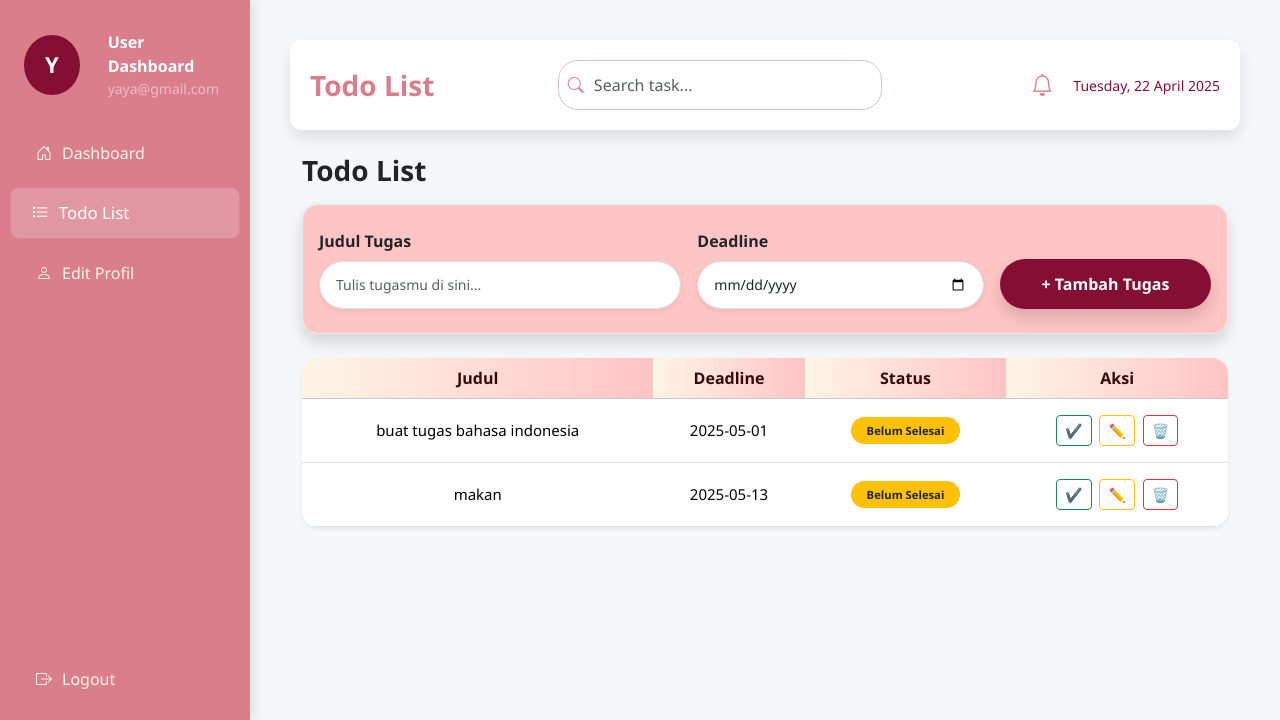
Repository: zhr-nabila/FloTime
Page: http://localhost/todo.php
An editor plug-in stored every save of this project. The page is shown before and after the next save, followed by the edit.
The browser window is 1280 px wide. The pictures show the whole page.
The page is run by PHP 8.4 with error messages shown; the project is at /var/www/html/. The session is filled in as if someone had signed in: {"email": "yaya@gmail.com", "status": "login", "user_id": 2}. Other server files are loaded and not shown. The database holds what the project's SQL file puts in it.

Above is the page before, as saved 2025-04-23 12:30:21.

### todo.php
<?php
session_start();
require 'koneksi.php';

if (!isset($_SESSION['status']) || $_SESSION['status'] != "login") {
    header("Location: login.php");
    exit();
}

$user_id = $_SESSION['user_id'];
$email = $_SESSION['email'];
$search = $_GET['search'] ?? '';

// Tambah task
if (isset($_POST['add_task'])) {
    $title = $_POST['title'];
    $deadline = $_POST['deadline'];
    $created_at = date('Y-m-d H:i:s');

    $stmt = $conn->prepare("INSERT INTO todos (user_id, title, status, deadline, created_at) VALUES (?, ?, 'pending', ?, ?)");
    $stmt->bind_param("isss", $user_id, $title, $deadline, $created_at);
    $stmt->execute();
    $stmt->close();

    header("Location: todo.php");
    exit();
}

// Centang task
if (isset($_GET['done'])) {
    $task_id = $_GET['done'];
    $conn->query("UPDATE todos SET status='completed' WHERE id=$task_id AND user_id=$user_id");
    header("Location: todo.php");
    exit();
}

// Hapus task
if (isset($_GET['delete'])) {
    $task_id = $_GET['delete'];
    $conn->query("DELETE FROM todos WHERE id=$task_id AND user_id=$user_id");
    header("Location: todo.php");
    exit();
}

// Ambil data tugas
$searchSql = !empty($search) ? "AND title LIKE '%$search%'" : "";
$sql = "SELECT * FROM todos WHERE user_id = $user_id $searchSql ORDER BY deadline ASC";
$result = $conn->query($sql);

if (!$result) {
    die("Query gagal: " . $conn->error);
}
?>

<!DOCTYPE html>
<html lang="en">

<head>
    <meta charset="UTF-8">
    <title>Todo List</title>
    <link href="https://cdn.jsdelivr.net/npm/bootstrap@5.3.3/dist/css/bootstrap.min.css" rel="stylesheet">
    <link href="https://cdn.jsdelivr.net/npm/bootstrap-icons@1.10.5/font/bootstrap-icons.css" rel="stylesheet">
    <link rel="stylesheet" href="css/style.css">
</head>

<body>

    <div class="sidebar d-flex flex-column">
        <div class="px-4 d-flex align-items-center mb-4">
            <div class="user-avatar"><?= strtoupper(substr($email, 0, 1)) ?></div>
            <div class="ms-2">
                <div class="fw-semibold">User Dashboard</div>
                <div class="small text-white-50"><?= htmlspecialchars($email) ?></div>
            </div>
        </div>
        <nav class="nav flex-column px-3">
            <a class="nav-link" href="dashboard.php"><i class="bi bi-house-door"></i> Dashboard</a>
            <a class="nav-link active" href="todo.php"><i class="bi bi-list-task"></i> Todo List</a>
            <a class="nav-link" href="profile.php"><i class="bi bi-person"></i> Edit Profil</a>
            <a class="nav-link logout" href="logout.php"><i class="bi bi-box-arrow-right"></i> Logout</a>
        </nav>
    </div>

    <div class="main-content">
        <div class="header">
            <div class="title">Todo List</div>
            <div class="search-bar">
                <form method="GET" action="todo.php" class="d-flex">
                    <input type="text" name="search" class="form-control" placeholder="Search task..." value="<?= htmlspecialchars($search) ?>">
                    <button type="submit" class="btn"><i class="bi bi-search"></i></button>
                </form>
            </div>
            <div class="notifications">
                <i class="bi bi-bell"></i>
                <div class="date"><?= date('l, d F Y') ?></div>
            </div>
        </div>

        <div class="container mt-4">
            <h3 class="mb-3 fw-bold">Todo List</h3>
            <form method="POST" class="mb-4 px-3 py-4 rounded-4 shadow border border-light-subtle premium-form">
                <div class="row align-items-end g-3">
                    <div class="col-md-5">
                        <label class="form-label fw-semibold">Judul Tugas</label>
                        <input type="text" name="title" class="form-control form-control-sm rounded-5 shadow-sm" placeholder="Tulis tugasmu di sini..." required>
                    </div>
                    <div class="col-md-4">
                        <label class="form-label fw-semibold">Deadline</label>
                        <input type="date" name="deadline" class="form-control form-control-sm rounded-5 shadow-sm" required>
                    </div>
                    <div class="col-md-3 d-grid">
                        <button type="submit" name="add_task" class="btn btn-gradient shadow fw-semibold rounded-5">+ Tambah Tugas</button>
                    </div>
                </div>
            </form>


            <?php if ($result->num_rows > 0): ?>
                <div class="table-responsive shadow-sm rounded-4 overflow-hidden">
                    <table class="table table-hover align-middle mb-0 premium-table">
                        <thead class="table-light text-center">
                            <tr>
                                <th>Judul</th>
                                <th>Deadline</th>
                                <th>Status</th>
                                <th>Aksi</th>
                            </tr>
                        </thead>
                        <tbody>
                            <?php while ($row = $result->fetch_assoc()): ?>
                                <tr>
                                    <td><?= htmlspecialchars($row['title']) ?></td>
                                    <td><?= htmlspecialchars($row['deadline']) ?></td>
                                    <td class="text-center">
                                        <?php
                                        if ($row['status'] == 'completed') {
                                            echo "<span class='badge rounded-pill text-bg-success px-3 py-2'>Selesai</span>";
                                        } elseif (date('Y-m-d') > $row['deadline']) {
                                            echo "<span class='badge rounded-pill text-bg-danger px-3 py-2'>Terlambat</span>";
                                        } else {
                                            echo "<span class='badge rounded-pill text-bg-warning text-dark px-3 py-2'>Belum Selesai</span>";
                                        }
                                        ?>
                                    </td>
                                    <td class="text-center">
                                        <?php if ($row['status'] != 'completed'): ?>
                                            <a href="?done=<?= $row['id'] ?>" class="btn btn-outline-success btn-sm me-1">✔️</a>
                                        <?php endif; ?>
                                        <a href="edit_task.php?id=<?= $row['id'] ?>" class="btn btn-outline-warning btn-sm me-1">✏️</a>
                                        <a href="?delete=<?= $row['id'] ?>" onclick="return confirm('Hapus tugas ini?')" class="btn btn-outline-danger btn-sm">🗑️</a>
                                    </td>
                                </tr>
                            <?php endwhile; ?>
                        </tbody>
                    </table>
                </div>
            <?php else: ?>
                <p class="text-muted mt-4 text-center">✨ Tidak ada tugas ditemukan. Buat yang baru, yuk!</p>
            <?php endif; ?>

        </div>
    </div>

</body>

</html>

### koneksi.php
<?php
$host = "localhost";
$user = "root";
$pass = "";
$db = "todolist"; // Nama database kamu

$conn = mysqli_connect($host, $user, $pass, $db);

// Cek koneksi
if (!$conn) {
    die("Koneksi gagal: " . mysqli_connect_error());
}
?>

### css/style.css
@import url('https://fonts.googleapis.com/css2?family=Poppins:wght@500&display=swap');

:root {
    --c0: #ffffff;
    --c1: #E3919F;
    --c2: #E7C0BC;
    --c3: #370808;
    --c4: #D97E8A;
    --c5: #EC9FAB;
    --c6: #000000;
    /* gradient */
    --c7: #850e35;
    --c8: #ee6983;
    --c9: #ffc4c4;
    --c10: #fff5e4;
    --c11: #d1d5db;
}

body {
    background: #f5f8fa;
    font-family: 'Segoe UI', sans-serif;
    margin: 0;
    padding: 0;
    overflow: hidden;
}

html, body {
    height: 100%;
}


::-webkit-scrollbar {
    display: none;
}

.main-content {
    margin-left: 250px;
    padding: 40px;
    height: 100vh;
    overflow-y: auto;
}


.sidebar {
    height: 100vh;
    background: var(--c4);
    color: var(--c0);
    padding-top: 30px;
    position: fixed;
    width: 250px;
    transition: all 0.3s;
    box-shadow: 4px 0 10px rgba(0, 0, 0, 0.1);
}

.sidebar .nav-link {
    color: var(--c10);
    padding: 12px 20px;
    margin: 6px 0;
    border-radius: 8px;
    display: flex;
    align-items: center;
    gap: 10px;
    transition: all 0.3s ease;
    font-size: 16px;
}

.sidebar .nav-link:hover,
.sidebar .nav-link.active {
    background-color: rgba(255, 255, 255, 0.2);
    color: var(--c0);
    transform: scale(1.05);
}

.sidebar .nav-link.logout {
    color: var(--c10);
    padding: 12px 20px;
    margin: 22rem 0;
    border-radius: 8px;
    display: flex;
    align-items: center;
    gap: 10px;
    transition: all 0.3s ease;
    font-size: 16px;
}

.sidebar .nav-link.logout:hover {
    background-color: rgba(255, 255, 255, 0.2);
    color: var(--c0);
    transform: scale(1.05);
}

.main-content {
    margin-left: 250px;
    padding: 40px;
}

.header {
    display: flex;
    justify-content: space-between;
    align-items: center;
    padding: 20px;
    background: var(--c0);
    border-radius: 12px;
    box-shadow: 0 8px 15px rgba(0, 0, 0, 0.1);
    margin-bottom: 20px;
}

.header .title {
    font-size: 28px;
    font-weight: bold;
    color: var(--c4);
}

.header .search-bar {
    position: relative;
    width: 350px;
}

.header .search-bar input {
    width: 100%;
    padding: 12px 40px 12px 35px;
    border-radius: 20px;
    border: 1px solid var(--c2);
    font-size: 16px;
    transition: border 0.3s;
}

.header .search-bar input:focus {
    border: 1px solid var(--c4);
    outline: none;
}

.header .search-bar i {
    position: absolute;
    top: 50%;
    left: 10px;
    transform: translateY(-50%);
    color: var(--c4);
}

.header .notifications {
    display: flex;
    align-items: center;
    gap: 20px;
}

.header .notifications .bi {
    font-size: 22px;
    cursor: pointer;
    color: var(--c4);
    transition: color 0.3s;
}

.header .notifications .bi:hover {
    color: var(--c7);
}

.card-welcome {
    background: linear-gradient(135deg, var(--c9), var(--c10));
    border-radius: 16px;
    box-shadow: 0 15px 30px rgba(0, 0, 0, 0.1);
    padding: 30px;
    animation: fadeIn 0.6s ease;
    margin-bottom: 30px;
    color: var(--c7);
    border: none;
}

.user-avatar {
    width: 60px;
    height: 60px;
    background-color: var(--c7);
    color: var(--c0);
    font-weight: bold;
    border-radius: 50%;
    display: flex;
    align-items: center;
    justify-content: center;
    margin-right: 20px;
    font-size: 22px;
    transition: background-color 0.3s ease;
}

.user-avatar:hover {
    background-color: var(--c3);
}

.date {
    font-size: 14px;
    color: var(--c7);
}

@keyframes fadeIn {
    from {opacity: 0; transform: translateY(20px);}
    to {opacity: 1; transform: translateY(0);}
}

/* Mobile Responsiveness */
@media (max-width: 768px) {
    .sidebar {
        width: 200px;
    }

    .main-content {
        margin-left: 200px;
    }

    .header .title {
        font-size: 24px;
    }

    .header .search-bar {
        width: 250px;
    }
}

/* todo */

/* todo */

.premium-form {
    background-color: var(--c9);
    border: 2px solid var(--c2);
    border-radius: 12px;
}

.btn-gradient {
    background-color: var(--c7);
    color: white;
    border: none;
    transition: 0.3s ease;

    border-radius: 10px; /* Membuat tombol lebih melengkung */
    padding: 13px 20px; /* Menyesuaikan ukuran tombol */
}

.btn-gradient:hover {
    transform: scale(1.02);
    background-color: var(--c8);
    color: var(--c0);
    box-shadow: 0 4px 8px rgba(0, 0, 0, 0.15); /* Memberikan efek bayangan yang lebih soft */
}

.form-control-sm {
    font-size: 14px; /* Ukuran font yang lebih kecil */
    padding: 0.8rem 1rem; /* Mengatur ukuran padding input agar lebih kecil */
    border-radius: 8px; /* Membuat sudut input lebih melengkung */
}

.premium-table th {
    font-weight: 600;
    background: linear-gradient(to right, var(--c10), var(--c9));
    color: var(--c3);
}

.premium-table td {
    vertical-align: middle;
    padding-top: 16px;
    padding-bottom: 16px;
    font-size: 15px;
}

.table-hover tbody tr:hover {
    background-color: #fdf2f2;
    transition: 0.3s;
}

.table td,
.table th {
    text-align: center;
}

### todolist.sql (the tables this page reads)
CREATE TABLE `todos` (
  `id` int(11) NOT NULL,
  `user_id` int(11) NOT NULL,
  `title` varchar(255) NOT NULL,
  `status` enum('pending','completed') DEFAULT 'pending',
  `deadline` date DEFAULT NULL,
  `created_at` timestamp NOT NULL DEFAULT current_timestamp()
) ENGINE=InnoDB DEFAULT CHARSET=utf8mb4 COLLATE=utf8mb4_general_ci;

INSERT INTO `todos` (`id`, `user_id`, `title`, `status`, `deadline`, `created_at`) VALUES
(2, 2, 'buat tugas bahasa indonesia', 'pending', '2025-05-01', '2025-05-15 17:11:25'),
(5, 2, 'makan', 'pending', '2025-05-13', '2025-05-21 19:26:13');

ALTER TABLE `todos`
  ADD PRIMARY KEY (`id`),
  ADD KEY `user_id` (`user_id`);

ALTER TABLE `todos`
  MODIFY `id` int(11) NOT NULL AUTO_INCREMENT, AUTO_INCREMENT=6;

ALTER TABLE `todos`
  ADD CONSTRAINT `todos_ibfk_1` FOREIGN KEY (`user_id`) REFERENCES `users` (`id`);

After the next save:
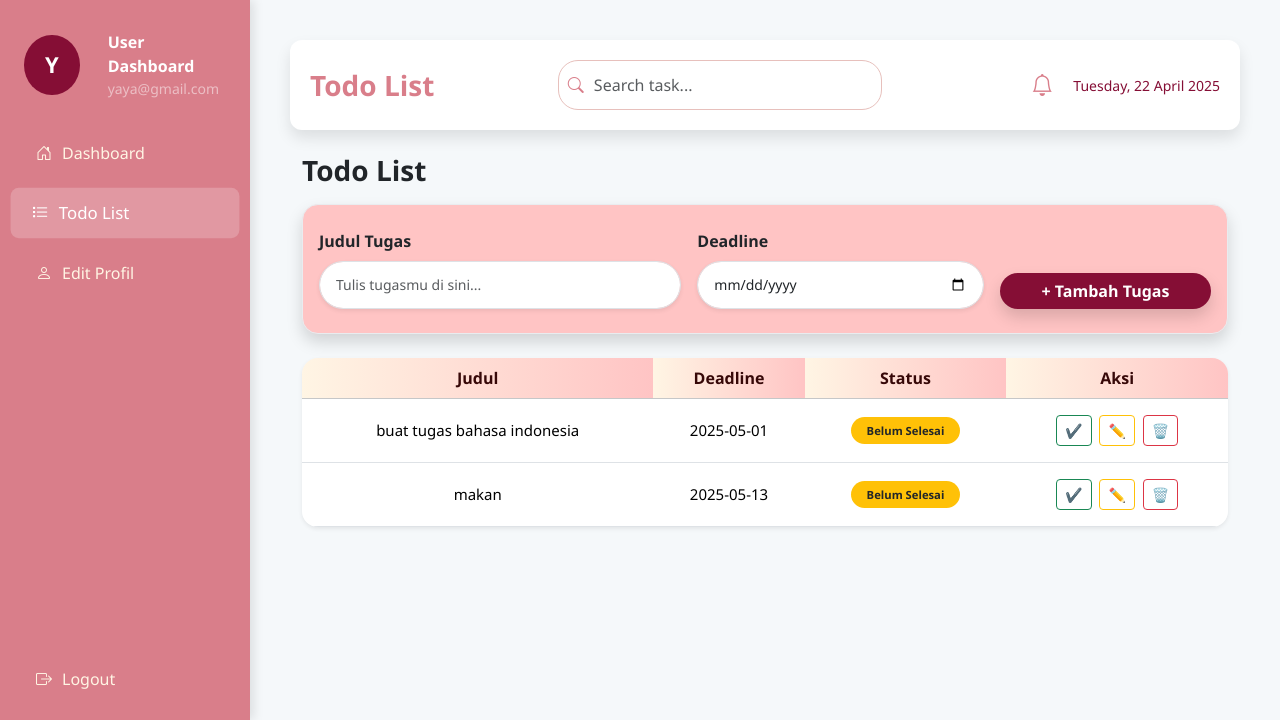
Saved 6 s later.
--- a/css/style.css
+++ b/css/style.css
@@ -231,7 +231,7 @@
     transition: 0.3s ease;
 
     border-radius: 10px; /* Membuat tombol lebih melengkung */
-    padding: 13px 20px; /* Menyesuaikan ukuran tombol */
+
 }
 
 .btn-gradient:hover {

After the save that followed:
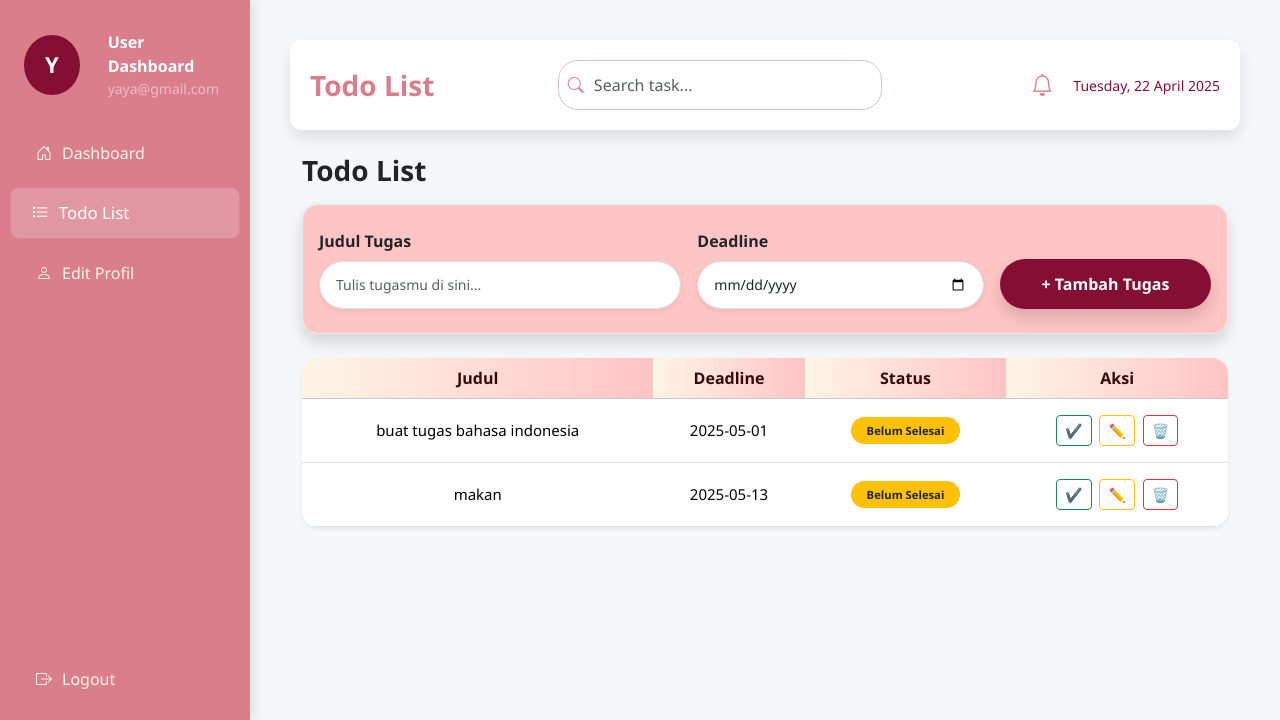
Saved 5 s later.
--- a/css/style.css
+++ b/css/style.css
@@ -231,7 +231,7 @@
     transition: 0.3s ease;
 
     border-radius: 10px; /* Membuat tombol lebih melengkung */
-
+    padding: 13px 20px; /* Menyesuaikan ukuran tombol */
 }
 
 .btn-gradient:hover {
